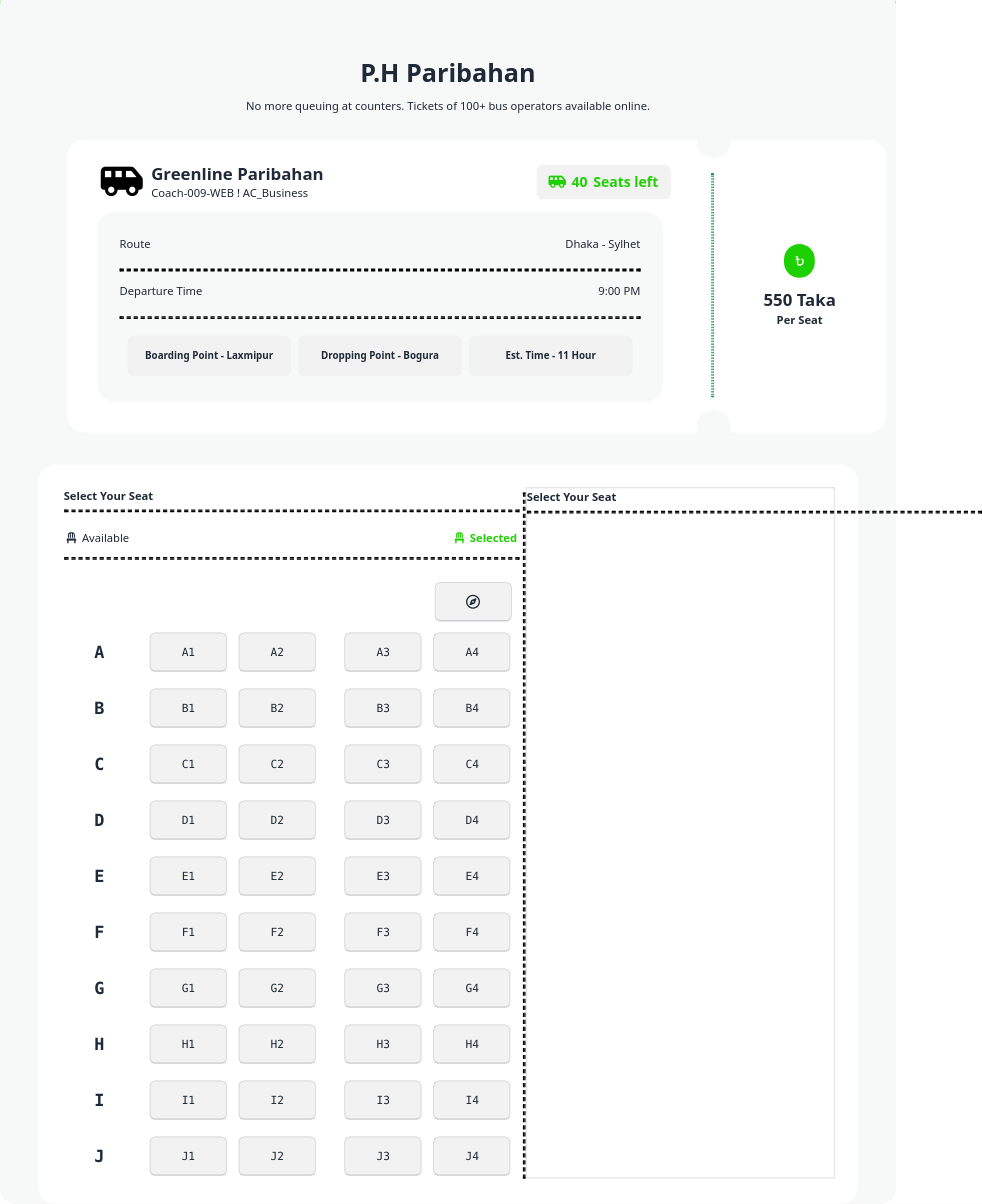
Repository: RudrasahaDibos/Smart-ticketing
Page: index.html
The author's editor kept a copy of each file at every save. The page is drawn from the files as they stood at one save, then again after the next save.
The browser window is 1280 px wide. The page is 1403 px wide, then 1280 px, so the pictures cover 1403 px, including what lies to the right of the window. The pictures show the part of the page from y = 1334 to 3054 px (the page is 3054 px tall), at 70% of full size.
Some web fonts or font styles are not loaded; a fallback is used. Some web libraries are served in a nearby version.

Above is the page before, as saved 2024-11-10 15:45:55.

### index.html
<!DOCTYPE html>
<html lang="en">
  <head>
    <meta charset="UTF-8">
    <meta name="viewport" content="width=device-width, initial-scale=1.0">
    <title>Smart-ticketing</title>
    <!-- tailwind link -->
    <link href="https://cdn.jsdelivr.net/npm/daisyui@4.12.14/dist/full.min.css"
      rel="stylesheet" type="text/css" />
    <script src="https://cdn.tailwindcss.com"></script>
    <!-- font awesome link -->
    <link rel="stylesheet"
      href="https://cdnjs.cloudflare.com/ajax/libs/font-awesome/6.6.0/css/all.min.css"
      integrity="sha512-Kc323vGBEqzTmouAECnVceyQqyqdsSiqLQISBL29aUW4U/M7pSPA/gEUZQqv1cwx4OnYxTxve5UMg5GT6L4JJg=="
      crossorigin="anonymous" referrerpolicy="no-referrer" />

    <!-- google fonts  -->
    <link rel="preconnect" href="https://fonts.googleapis.com">
    <link rel="preconnect" href="https://fonts.gstatic.com" crossorigin>
    <link
      href="https://fonts.googleapis.com/css2?family=Anton+SC&family=Manrope:wght@200..800&family=Raleway:ital,wght@0,100..900;1,100..900&display=swap"
      rel="stylesheet">

    <style>
.raleway{
  font-family: "Raleway", sans-serif;
}
</style>

  </head>
  <body>
    <!-- header ends here -->
    <header class="container mx-auto lg:pl-24 lg:pr-24 lg:pt-4 w-[1400px]">
      <div>
        <!-- navbar starts here -->
        <div class="navbar bg-base-100">
          <div class="navbar-start">
            <div class="dropdown">
              <div tabindex="0" role="button" class="btn btn-ghost lg:hidden">
                <svg
                  xmlns="http://www.w3.org/2000/svg"
                  class="h-5 w-5"
                  fill="none"
                  viewBox="0 0 24 24"
                  stroke="currentColor">
                  <path
                    stroke-linecap="round"
                    stroke-linejoin="round"
                    stroke-width="2"
                    d="M4 6h16M4 12h8m-8 6h16" />
                </svg>
              </div>
              <ul
                tabindex="0"
                class="menu menu-sm dropdown-content bg-base-100 rounded-box z-[1] mt-3 w-52 p-2 shadow">
                <li><a>Home</a></li>
                <li><a>About</a></li>
                <li><a>Destination</a></li>
                <li><a>Search</a></li>
              </ul>
            </div>
            <a class="btn btn-ghost text-2xl font-extrabold">E-Ticket</a>
          </div>
          <div class="navbar-center hidden lg:flex">
            <ul class="menu menu-horizontal px-1">
              <li><a>Home</a></li>
              <li><a>About</a></li>
              <li><a>Destination</a></li>
              <li><a>Search</a></li>
            </ul>
          </div>
          <div class="navbar-end">
            <a class="btn text-[#1DD100]  border-1  text-xl">Bus <i
                class="fa-solid fa-van-shuttle"></i></a>
          </div>
        </div>
      </div>

      <!-- banner start here -->

      <div
        class="hero h-[550px] mt-8 bg-[url('/images/banner.png')] rounded-3xl relative">

        <div class="hero-content text-neutral-content text-center">
          <div class>
            <h1 class="mb-5 text-5xl font-extrabold">End-to-End Travel with <br>
              <span class="text-5xl text-[#1DD100]  font-extrabold">P
                Paribahan</span></h1>
            <p class="mb-5">
              A one-stop solution for your travel needs

              Introducing you to the Shohoz way of life
            </p>
            <button class="btn bg-[#1DD100] border-none">Buy Tickets</button>
          </div>
        </div>
      </div>

      <!-- banner end here -->

      <!-- 3 card start here  -->

      <div
        class=" flex justify-between items-center gap-4 pl-16 pr-16 absolute -bottom-4   ">
        <div
          class="stat flex bg-white justify-center items-center shadow-xl  border-b-4 border-b-[#1DD100]  rounded-2xl w-[338px] h-[138px]">
          <div class="text-[#1DD100] text-2xl font-extrabold ">
            <i class="fa-solid fa-users"></i>
          </div>

          <div>
            <div class="stat-value">500K+</div>
            <div class="stat-desc text-xl ">Registered users</div>
          </div>

        </div>

        <div
          class="stat flex bg-white justify-center items-center  border-b-4 border-b-[#1DD100] shadow-xl  rounded-2xl w-[338px] h-[138px]">
          <div class="text-[#1DD100] text-2xl font-extrabold ">
            <i class="fa-solid fa-ticket  "></i>

          </div>

          <div>
            <div class="stat-value">1.7 lacks</div>
            <div class="stat-desc text-xl ">Tickets sold</div>
          </div>

        </div>

        <div
          class="stat flex bg-white justify-center items-center  border-b-4 border-b-[#1DD100] shadow-xl  rounded-2xl w-[338px] h-[138px]">
          <div class="text-[#1DD100] text-2xl font-extrabold ">
            <i class="fa-solid fa-van-shuttle"></i>

          </div>

          <div>
            <div class="stat-value">80K+</div>
            <div class="stat-desc text-xl ">Rental partners</div>
          </div>

        </div>
      </div>

      <!-- 3 card ends here -->

      <!-- navbar Ends here -->
    </header>
    <!-- header ends here -->

    <!-- main start here -->
    <main class>
      <!-- Best offers for you start here -->
      <section
        class="mt-40 container mx-auto  lg:pl-24 lg:pr-24 lg:pt-4 w-[1400px]">
        <h1 class="text-4xl font-semibold text-center">Best offers for you</h1>
        <!-- two card start here -->
        <div class="flex  flex-col lg:flex-row gap-4 mt-10">
          <div class="bg-yellow-500  w-[573px] h-[220px]  rounded-2xl">

            <div>

              <div class=" w-[50%] mt-14 ml-14">
                <h1 class="text-4xl font-extrabold">15% OFF</h1>
                <p class="text-xl font-bold">on your next purchase</p>
                <p class="text-xl font-bold">use by January 2024</p>
              </div>

              <div class=" w-1/4 -mt-20 ml-auto mr-14  text-center">
                <h1 class="text-4xl font-extrabold">NEW15</h1>
                <p class="text-xl font-bold">Coupon Code</p>

              </div>
            </div>
            <p
              class="bg-white w-[48px] h-[48px] absolute mx-auto rounded-full ml-80 -mt-40  "></p>
            <p
              class="bg-white w-[48px] h-[48px] absolute mx-auto rounded-full ml-80 mt-[55px]  "></p>
            <p
              class="border-2 border-dotted border-white relative w-0 h-32 -mt-[95px] ml-[343px]  "></p>

          </div>
          <div class="bg-pink-400   w-[573px] h-[220px] rounded-2xl">
            <div>

              <div class=" w-[50%] mt-14 ml-14">
                <h1 class="text-4xl font-extrabold">20% OFF</h1>
                <p class="text-xl font-bold">on your next purchase</p>
                <p class="text-xl font-bold">use by January 2024</p>
              </div>

              <div class="  w-2/4 -mt-20 ml-[300px] mr-14  text-center">
                <h1 class="text-4xl font-extrabold">Couple 20</h1>
                <p class="text-xl font-bold">Coupon Code</p>

              </div>
            </div>
            <p
              class="bg-white w-[48px] h-[48px] absolute mx-auto rounded-full ml-80 -mt-40  "></p>
            <p
              class="bg-white w-[48px] h-[48px] absolute mx-auto rounded-full ml-80 mt-[55px]  "></p>
            <p
              class="border-2 border-dotted border-white relative w-0 h-32 -mt-[95px] ml-[343px]  "></p>
          </div>
        </div>
        <div class=" text-center mt-16">
          <a class="btn text-[#1DD100]  border-1 border-[#1DD100] text-xl">See
            All Offers
          </a>
        </div>
        <!-- two card end here -->
      </section>

      <!-- Best offers for you ends here -->
      <!-- tickeing process start here -->
      <section
        class="bg-[#F7F8F8] w-full min-h-screen rounded-3xl mt-16 border-t-4 border-t-[#1DD100]">

        <div class="container mx-auto  lg:pl-24 lg:pr-24 lg:pt-4 w-[1400px]">
          <h1 class="text-4xl font-semibold text-center mt-20">P.H Paribahan
          </h1>
          <p class=" text-center w-[736px] h-[60px] mx-auto mt-4">No more
            queuing at counters. Tickets of 100+ bus operators available online.
          </p>
          <!-- Greenline Paribahan  start here-->

          <div
            class="bg-[#FFFFFF] w-[1170px] h-[418px] rounded-3xl  container mx-auto p-8 flex justify-between ">
            <div class=" w-3/4">
              <!-- Coach-009-WEB ! AC_Business start here -->
              <div class="flex justify-between ">

                <div class="flex justify-center items-center gap-3 ml-4 ">
                  <div class="text-5xl text-black  ">
                    <i class="fa-solid fa-van-shuttle "></i>
                  </div>
                  <div>
                    <h1 class="text-2xl font-bold">Greenline Paribahan</h1>
                    <p>Coach-009-WEB ! AC_Business</p>
                  </div>
                </div>

                <div class="flex felx-col justify-end mt-1">
                  <a class="btn text-[#1DD100]  border-1  text-xl"> <i
                      class="fa-solid fa-van-shuttle"></i> <span>40</span> Seats
                    left </a>
                </div>
              </div>
              <!-- Coach-009-WEB ! AC_Business end here -->

              <!-- Dhaka - Sylhet starts here -->
              <div
                class="bg-[#F7F8F8] w-[808px] h-[270px] mt-4 mx-auto rounded-3xl">

                <div class>
                  <div class="flex justify-between p-4 ">
                    <h1 class="ml-4 mt-4">Route</h1>
                    <h1 class="mr-4 mt-4">Dhaka - Sylhet</h1>
                  </div>

                  <div
                    class="border-dashed border-black border-2 mt-2  w-[744px] mx-auto h-0"></div>

                  <div class="flex justify-between p-4 ">
                    <h1 class="ml-4">Departure Time</h1>
                    <h1 class="mr-4">9:00 PM</h1>
                  </div>
                  <div
                    class="border-dashed border-black border-2 mt-2  w-[744px] mx-auto h-0"></div>

                  <div class="mt-2 p-4 flex justify-center items-center gap-3">
                    <button class="btn   w-[232px] h-[56px]">Boarding Point -
                      Laxmipur</button>
                    <button class="btn  w-[232px] h-[56px]">Dropping Point -
                      Bogura</button>
                    <button class="btn  w-[232px] h-[56px]">Est. Time - 11
                      Hour</button>
                  </div>
                </div>
              </div>
              <!-- Dhaka - Sylhet end here -->

            </div>

            <div
              class=" text-center flex flex-col justify-center items-center mr-10">
              <i
                class="fa-solid fa-bangladeshi-taka-sign bg-[#1DD100] rounded-full  p-4 text-white "></i>
              <h1 class="text-2xl font-semibold mt-4"><span>550</span> Taka</h1>
              <p class="font-bold">Per Seat</p>
            </div>

          </div>
          <p
            class="bg-[#F7F8F8] w-[48px] h-[48px] absolute mx-auto rounded-full ml-[900px] -mt-[440px]  "></p>
          <p
            class="bg-[#F7F8F8] w-[48px] h-[48px] absolute mx-auto rounded-full ml-[900px] -mt-8  "></p>
          <p
            class="border-2 border-dotted border-green-600 relative w-0 h-80 -mt-[370px] ml-[920px]  "></p>

          <!-- Greenline Paribahan  ends here-->
        </div>

        <!-- Select Your Seat star here  -->
        <div
          class="bg-[#FFFFFF] w-[1170px] h-[1056px] rounded-3xl mt-24 container mx-auto  ">

          <div class="flex justify-between p-8">
            <div class="w-3/5 ">
              <p class="font-semibold ml-1">Select Your Seat</p>
              <div
                class="border-dashed border-black border-2 mt-2  w-[650px] mx-auto h-0"></div>
              <!-- seat available start here -->
              <div class="flex justify-between mt-4">

                <div class="flex gap-2 justify-center items-center p-2 ">
                  <i class="fa-solid fa-chair"></i>
                  <p>Available</p>
                </div>
                <div
                  class="flex gap-2 justify-center items-center p-2 text-[#1DD100] ">
                  <i class="fa-solid fa-chair font-bold"></i>
                  <p class="font-bold">Selected</p>
                </div>

              </div>
              <!-- seat available ends here -->
              <div
                class="border-dashed border-black border-2 mt-2  w-[650px] mx-auto h-0"></div>
                <!-- seat planing start here -->
               <div class="mt-8">
                    <div class="text-end  mr-4">
                      <kbd class="kbd  h-[56px] w-[110px] text-center mx-auto "><i class="fa-regular fa-compass text-xl"></i></kbd>
                    </div>
                    <!-- seat  start here-->
                     <div class="flex  justify-between">
                          <!-- seat is with door start -->
                          <div class="grid grid-cols-3  w-3/5 ">
                                  <div class="mx-auto mt-4 space-y-6">
                                    <kbd class="kbd  w-[110px] h-[56px] bg-[#ffffff]  border-none font-bold text-2xl">A</kbd>
                                    <kbd class="kbd  w-[110px] h-[56px]  bg-[#ffffff] border-none font-bold text-2xl">B</kbd>
                                    <kbd class="kbd  w-[110px] h-[56px]  bg-[#ffffff] border-none font-bold text-2xl">C</kbd>
                                    <kbd class="kbd  w-[110px] h-[56px]  bg-[#ffffff] border-none font-bold text-2xl">D</kbd>
                                    <kbd class="kbd  w-[110px] h-[56px]  bg-[#ffffff] border-none font-bold text-2xl">E</kbd>
                                    <kbd class="kbd  w-[110px] h-[56px]  bg-[#ffffff] border-none font-bold text-2xl">F</kbd>
                                    <kbd class="kbd  w-[110px] h-[56px]  bg-[#ffffff] border-none font-bold text-2xl">G</kbd>
                                    <kbd class="kbd  w-[110px] h-[56px]  bg-[#ffffff] border-none font-bold text-2xl">H</kbd>
                                    <kbd class="kbd  w-[110px] h-[56px]  bg-[#ffffff] border-none font-bold text-2xl">I</kbd>
                                    <kbd class="kbd  w-[110px] h-[56px]  bg-[#ffffff] border-none font-bold text-2xl">J</kbd>
                                  </div>

                                  <div class="mt-4 space-y-6">
                                    <kbd class="kbd w-[110px] h-[56px] ">A1</kbd>
                                    <kbd class="kbd w-[110px] h-[56px] ">B1</kbd>
                                    <kbd class="kbd w-[110px] h-[56px] ">C1</kbd>
                                    <kbd class="kbd w-[110px] h-[56px] ">D1</kbd>
                                    <kbd class="kbd w-[110px] h-[56px] ">E1</kbd>
                                    <kbd class="kbd w-[110px] h-[56px] ">F1</kbd>
                                    <kbd class="kbd w-[110px] h-[56px] ">G1</kbd>
                                    <kbd class="kbd w-[110px] h-[56px] ">H1</kbd>
                                    <kbd class="kbd w-[110px] h-[56px] ">I1</kbd>
                                    <kbd class="kbd w-[110px] h-[56px] ">J1</kbd>
                                  </div>

                                  <div class="mt-4 space-y-6">
                                    <kbd class="kbd w-[110px] h-[56px] ">A2</kbd>
                                    <kbd class="kbd w-[110px] h-[56px] ">B2</kbd>
                                    <kbd class="kbd w-[110px] h-[56px] ">C2</kbd>
                                    <kbd class="kbd w-[110px] h-[56px] ">D2</kbd>
                                    <kbd class="kbd w-[110px] h-[56px] ">E2</kbd>
                                    <kbd class="kbd w-[110px] h-[56px] ">F2</kbd>
                                    <kbd class="kbd w-[110px] h-[56px] ">G2</kbd>
                                    <kbd class="kbd w-[110px] h-[56px] ">H2</kbd>
                                    <kbd class="kbd w-[110px] h-[56px] ">I2</kbd>
                                    <kbd class="kbd w-[110px] h-[56px] ">J2</kbd>
                                  </div>
                          </div>
                         <!-- seat is with door end -->

                          <!-- seat is driver start -->
                            <div class="grid grid-cols-2   w-2/5 ml-6">
                                    <div class="mx-auto mt-4 space-y-6">
                                      <kbd class="kbd w-[110px] h-[56px] ">A3</kbd>
                                      <kbd class="kbd w-[110px] h-[56px] ">B3</kbd>
                                      <kbd class="kbd w-[110px] h-[56px] ">C3</kbd>
                                      <kbd class="kbd w-[110px] h-[56px] ">D3</kbd>
                                      <kbd class="kbd w-[110px] h-[56px] ">E3</kbd>
                                      <kbd class="kbd w-[110px] h-[56px] ">F3</kbd>
                                      <kbd class="kbd w-[110px] h-[56px] ">G3</kbd>
                                      <kbd class="kbd w-[110px] h-[56px] ">H3</kbd>
                                      <kbd class="kbd w-[110px] h-[56px] ">I3</kbd>
                                      <kbd class="kbd w-[110px] h-[56px] ">J3</kbd>
                                    </div>
                                    <div class="mx-auto mt-4 space-y-6">
                                      <kbd class="kbd w-[110px] h-[56px] ">A4</kbd>
                                      <kbd class="kbd w-[110px] h-[56px] ">B4</kbd>
                                      <kbd class="kbd w-[110px] h-[56px] ">C4</kbd>
                                      <kbd class="kbd w-[110px] h-[56px] ">D4</kbd>
                                      <kbd class="kbd w-[110px] h-[56px] ">E4</kbd>
                                      <kbd class="kbd w-[110px] h-[56px] ">F4</kbd>
                                      <kbd class="kbd w-[110px] h-[56px] ">G4</kbd>
                                      <kbd class="kbd w-[110px] h-[56px] ">H4</kbd>
                                      <kbd class="kbd w-[110px] h-[56px] ">I4</kbd>
                                      <kbd class="kbd w-[110px] h-[56px] ">J4</kbd>
                                    </div>
                            </div>
                            <!-- seat is driver end -->
                     </div>

                     <!-- seat end here -->
               </div>

               <!-- seat planing end here -->



            </div>









            <div
              class="border-dashed border-black border-2 mt-2  w-[0px] mx-auto h-[980px]"></div>

            <div class="border-2  w-2/5 ">
              <p class="font-semibold">Select Your Seat</p>
              <div
                class="border-dashed border-black border-2 mt-2  w-[650px] mx-auto h-0"></div>
            </div>
          </div>

        </div>

        <!-- Select Your Seat end here  -->

      </section>
      <!-- tickeing process ends here -->

    </main>
    <!-- main ends here -->

    <!-- js add -->
    <script src="index.js"></script>
  </body>
</html>

Loaded but not shown: index.js (common file)

After the next save:
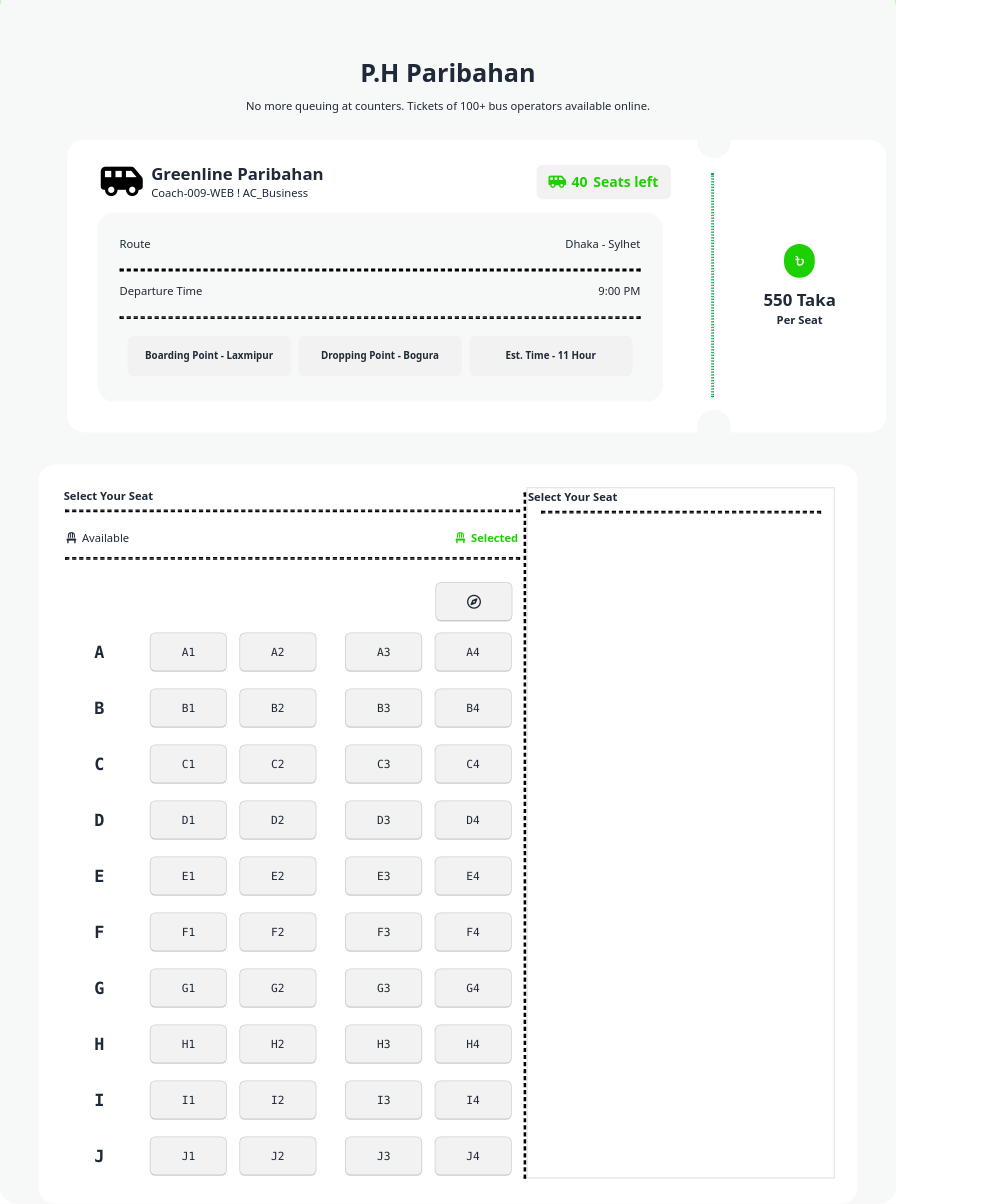
Saved 13 s later.
--- a/index.html
+++ b/index.html
@@ -432,7 +432,7 @@
             <div class="border-2  w-2/5 ">
               <p class="font-semibold">Select Your Seat</p>
               <div
-                class="border-dashed border-black border-2 mt-2  w-[650px] mx-auto h-0"></div>
+                class="border-dashed border-black border-2 mt-2  w-[400px] mx-auto h-0"></div>
             </div>
           </div>
 
